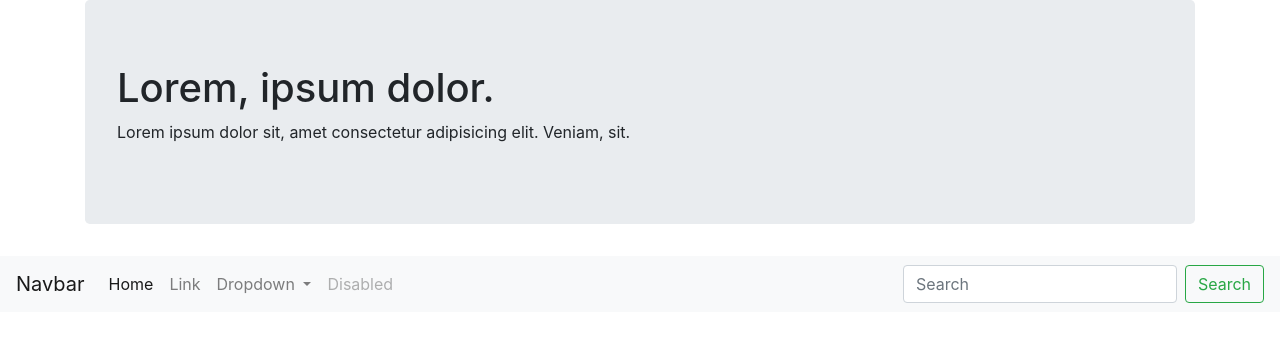
Repository: Mietlicha/exercise2
Page: index.html
These files come from the project's save history. The page is drawn as it stood at one moment and after the next save; the edit follows.
The browser window is 1280 px wide. The pictures show the whole page.

Above is the page before, as saved 2019-10-22 20:44:20.

After the next save:
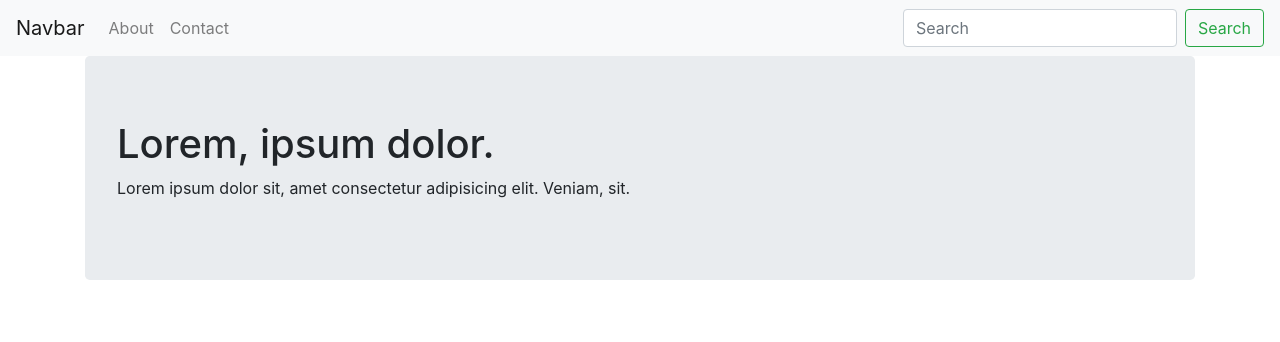
Saved 2 min 34 s later.
--- a/index.html
+++ b/index.html
@@ -13,13 +13,7 @@
 </head>
 
 <body>
-    <div class="container">
-        <div class="jumbotron">
-            <h1>Lorem, ipsum dolor.</h1>
-            <p>Lorem ipsum dolor sit, amet consectetur adipisicing elit. Veniam, sit.</p>
-        </div>
-    </div>
-    <nav class="navbar navbar-expand-lg navbar-light bg-light">
+       <nav class="navbar navbar-expand-lg navbar-light bg-light">
             <a class="navbar-brand" href="#">Navbar</a>
             <button class="navbar-toggler" type="button" data-toggle="collapse" data-target="#navbarSupportedContent" aria-controls="navbarSupportedContent" aria-expanded="false" aria-label="Toggle navigation">
               <span class="navbar-toggler-icon"></span>
@@ -27,27 +21,13 @@
 
             <div class="collapse navbar-collapse" id="navbarSupportedContent">
               <ul class="navbar-nav mr-auto">
-                <li class="nav-item active">
-                  <a class="nav-link" href="#">Home <span class="sr-only">(current)</span></a>
+                    <li class="nav-item">
+                    <a class="nav-link" href="#">About</a>
                 </li>
                 <li class="nav-item">
-                  <a class="nav-link" href="#">Link</a>
+                  <a class="nav-link" href="#">Contact</a>
                 </li>
-                <li class="nav-item dropdown">
-                  <a class="nav-link dropdown-toggle" href="#" id="navbarDropdown" role="button" data-toggle="dropdown" aria-haspopup="true" aria-expanded="false">
-                    Dropdown
-                  </a>
-                  <div class="dropdown-menu" aria-labelledby="navbarDropdown">
-                    <a class="dropdown-item" href="#">Action</a>
-                    <a class="dropdown-item" href="#">Another action</a>
-                    <div class="dropdown-divider"></div>
-                    <a class="dropdown-item" href="#">Something else here</a>
-                  </div>
-                </li>
-                <li class="nav-item">
-                  <a class="nav-link disabled" href="#" tabindex="-1" aria-disabled="true">Disabled</a>
-                </li>
-              </ul>
+            </ul>
               <form class="form-inline my-2 my-lg-0">
                 <input class="form-control mr-sm-2" type="search" placeholder="Search" aria-label="Search">
                 <button class="btn btn-outline-success my-2 my-sm-0" type="submit">Search</button>
@@ -55,6 +35,13 @@
             </div>
           </nav>
 
+          <div class="container">
+                <div class="jumbotron">
+                    <h1>Lorem, ipsum dolor.</h1>
+                    <p>Lorem ipsum dolor sit, amet consectetur adipisicing elit. Veniam, sit.</p>
+                </div>
+            </div>
+
         <script src="https://code.jquery.com/jquery-3.3.1.slim.min.js" integrity="sha384-q8i/X+965DzO0rT7abK41JStQIAqVgRVzpbzo5smXKp4YfRvH+8abtTE1Pi6jizo" crossorigin="anonymous"></script>
         <script src="https://cdnjs.cloudflare.com/ajax/libs/popper.js/1.14.7/umd/popper.min.js" integrity="sha384-UO2eT0CpHqdSJQ6hJty5KVphtPhzWj9WO1clHTMGa3JDZwrnQq4sF86dIHNDz0W1" crossorigin="anonymous"></script>
         <script src="https://stackpath.bootstrapcdn.com/bootstrap/4.3.1/js/bootstrap.min.js" integrity="sha384-JjSmVgyd0p3pXB1rRibZUAYoIIy6OrQ6VrjIEaFf/nJGzIxFDsf4x0xIM+B07jRM" crossorigin="anonymous"></script>
